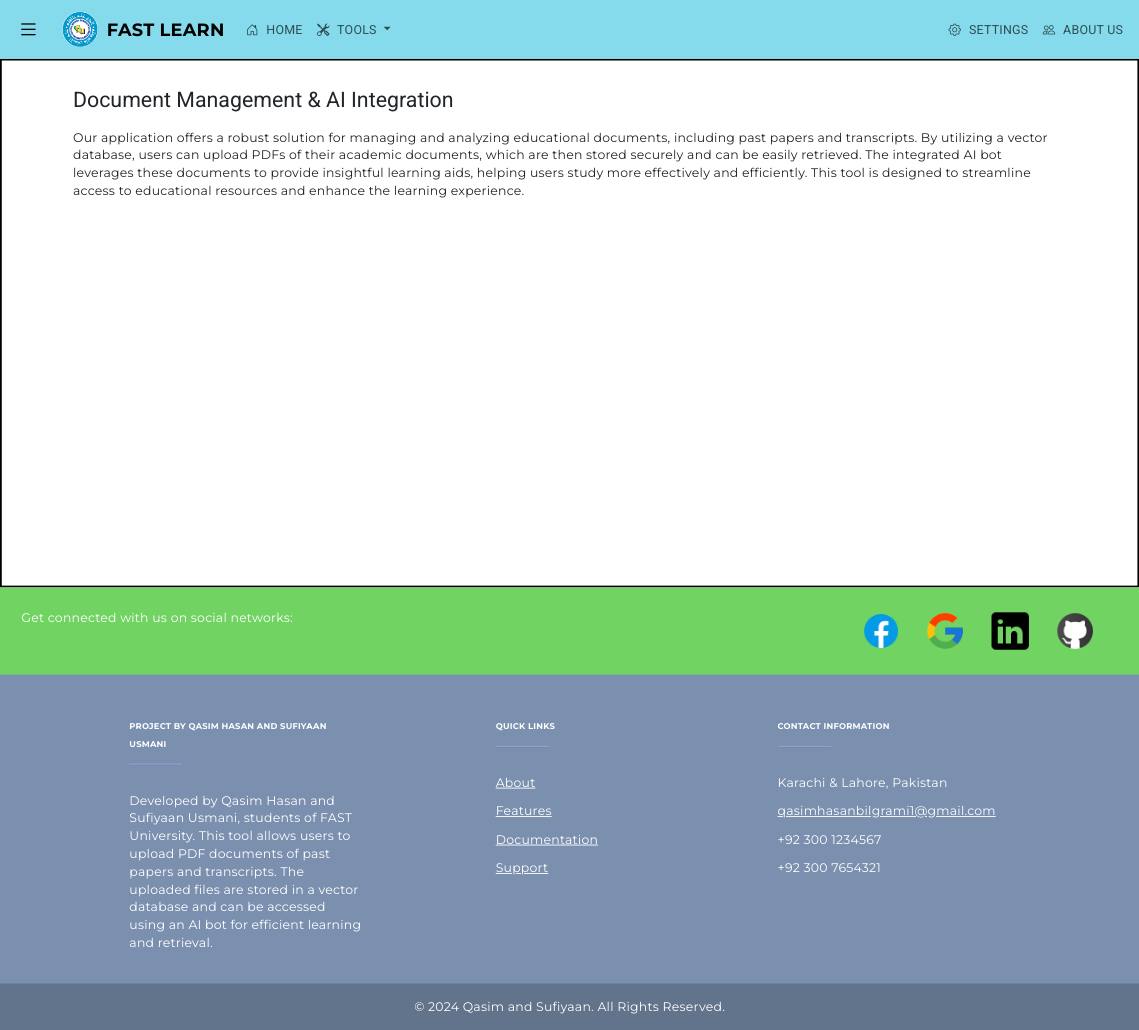
Repository: fastlearn-e0c9858e10ed/Frontend
Page: / (app in fastlearn/)
The author's editor kept a copy of each file at every save. The page is drawn from the files as they stood at one save, then again after the next save.
The browser window is 1280 px wide. The pictures show the whole page, at 89% of full size.
The project was rebuilt for these pictures with package versions that can differ from the ones it lists, and the page was loaded fresh each time. Also part of the build but not shown: fastlearn/angular.json.

Above is the page before, as saved 2024-08-19 10:41:30.

### fastlearn/src/index.html
<!DOCTYPE html>
<html lang="en">
  <head>
    <meta charset="utf-8" />
    <title>Fastlearn</title>
    <base href="/" />
    <meta name="viewport" content="width=device-width, initial-scale=1" />
    <link rel="icon" type="image/x-icon" href="favicon.ico" />
    <link rel="preconnect" href="https://fonts.gstatic.com" />
    <link
      href="https://fonts.googleapis.com/css2?family=Roboto:wght@300;400;500&display=swap"
      rel="stylesheet"
    />
    <link
      href="https://fonts.googleapis.com/icon?family=Material+Icons"
      rel="stylesheet"
    />
    <link
      href="https://fonts.googleapis.com/css2?family=Montserrat:wght@400;700&display=swap"
      rel="stylesheet"
    />
    <!-- Bootstrap Icons CSS -->
    <link
      rel="stylesheet"
      href="https://cdnjs.cloudflare.com/ajax/libs/bootstrap-icons/1.10.0/font/bootstrap-icons.min.css"
    />
    <!-- Bootstrap 5 CSS -->
    <link
      href="https://cdnjs.cloudflare.com/ajax/libs/bootstrap/5.3.0/css/bootstrap.min.css"
      rel="stylesheet"
    />
    <!-- Popper.js (required for some Bootstrap 5 components) -->
    <script src="https://cdnjs.cloudflare.com/ajax/libs/popper.js/2.11.6/umd/popper.min.js"></script>

    <!-- Bootstrap 5 JavaScript -->
    <script src="https://cdnjs.cloudflare.com/ajax/libs/bootstrap/5.3.0/js/bootstrap.bundle.min.js"></script>
  </head>
  <body class="mat-typography">
    <app-root></app-root>
  </body>
</html>

### fastlearn/src/styles.css
/* You can add global styles to this file, and also import other style files */

html, body { height: 100%; }
body { margin: 0; font-family: Roboto, "Helvetica Neue", sans-serif; }

@import "~bootstrap-icons/font/bootstrap-icons.css";
@import url('https://fonts.googleapis.com/css2?family=Montserrat:wght@400;700&display=swap');

### fastlearn/src/app/app.module.ts
import { NgModule } from '@angular/core';
import { BrowserModule } from '@angular/platform-browser';

import { AppRoutingModule } from './app-routing.module';
import { AppComponent } from './app.component';
import { BrowserAnimationsModule } from '@angular/platform-browser/animations';
import { HeaderPageComponent } from './components/header-page/header-page.component';
import { FooterPageComponent } from './components/footer-page/footer-page.component';
import { HomePageComponent } from './components/home-page/home-page.component';

import { MatMenuModule } from '@angular/material/menu';
@NgModule({
  declarations: [
    AppComponent,
    HeaderPageComponent,
    FooterPageComponent,
    HomePageComponent
  ],
  imports: [
    BrowserModule,
    AppRoutingModule,
    BrowserAnimationsModule,
    MatMenuModule
  ],
  providers: [],
  bootstrap: [AppComponent]
})
export class AppModule { }

### fastlearn/src/app/app-routing.module.ts
import { NgModule } from '@angular/core';
import { RouterModule, Routes } from '@angular/router';
import { HomePageComponent } from './components/home-page/home-page.component';

const routes: Routes = [
  { path: '', redirectTo: '/homepage', pathMatch: 'full' },
  { path: 'homepage', component: HomePageComponent },
];

@NgModule({
  imports: [RouterModule.forRoot(routes)],
  exports: [RouterModule]
})
export class AppRoutingModule { }

### fastlearn/src/app/app.component.ts
import { Component } from '@angular/core';

@Component({
  selector: 'app-root',
  templateUrl: './app.component.html',
  styleUrls: ['./app.component.css']
})
export class AppComponent {
  title = 'fastlearn';
}

### fastlearn/src/app/components/header-page/header-page.component.ts
import { Component } from '@angular/core';

@Component({
  selector: 'app-header-page',
  templateUrl: './header-page.component.html',
  styleUrls: ['./header-page.component.css']
})
export class HeaderPageComponent {

}

### fastlearn/src/app/components/footer-page/footer-page.component.ts
import { Component } from '@angular/core';

@Component({
  selector: 'app-footer-page',
  templateUrl: './footer-page.component.html',
  styleUrls: ['./footer-page.component.css']
})
export class FooterPageComponent {

}

### fastlearn/src/app/app.component.html
<app-header-page></app-header-page>

<main class="content">
  <router-outlet></router-outlet> <!-- This is where your routed components will be displayed -->
</main>

<app-footer-page class="footer"></app-footer-page>

### fastlearn/src/app/app.component.css
main.content {
  flex: 1; /* Take up remaining space */
  overflow-y: auto; /* Enable scrolling if content exceeds viewport */
  padding: 20px; /* Adjust as needed */
  border: 2px solid black; /* Example border */
  box-sizing: border-box; /* Include padding and border in width/height */
}

.footer {
  background-color: #1c2331;
  color: white;
  width: 100%;
  height: 60px; /* Fixed height */
  margin-top: auto; /* Push the footer to the bottom */
}

:host {
  display: flex;
  flex-direction: column;
  min-height: 100vh; /* Ensure full viewport height */
  margin: 0;
}

### fastlearn/src/app/components/header-page/header-page.component.html
<nav class="navbar navbar-expand-lg navbar-light" style="background-color: #85dbeb;">
  <a class="navbar-brand ml-2 d-flex align-items-center" href="#">
    <!-- Drawer Icon -->
    <i class="bi bi-list navbar-icon mr-2" style="font-size: 24px; cursor: pointer;" onclick="toggleDrawer()"></i>

    <!-- Fast Learn Icon and Text -->
    <img src="../../../assets/header_icons/fast.png" alt="Custom Icon" class="navbar-icon mr-2">
    FAST LEARN
  </a>

  <!-- Toggler for mobile view -->
  <button class="navbar-toggler" type="button" data-bs-toggle="collapse" data-bs-target="#navbarNav" aria-controls="navbarNav" aria-expanded="false" aria-label="Toggle navigation">
    <span class="navbar-toggler-icon"></span>
  </button>

  <!-- Navbar content -->
  <div class="collapse navbar-collapse" id="navbarNav">
    <ul class="navbar-nav mr-auto">
      <li class="nav-item active">
        <a class="nav-link" routerLink="/homepage">
          <i class="bi bi-house-door"></i> HOME
        </a>
      </li>

      <li class="nav-item dropdown">
        <a class="nav-link dropdown-toggle" href="#" id="navbarDropdown" role="button" data-bs-toggle="dropdown" aria-expanded="false">
          <i class="bi bi-tools"></i> TOOLS
        </a>
        <ul class="dropdown-menu" aria-labelledby="navbarDropdown">
          <li><a class="dropdown-item" routerLink="/toolpage/notespage">Notes</a></li>
          <li><a class="dropdown-item" routerLink="/toolpage/pastpaperpage">Past Paper</a></li>
        </ul>
      </li>
    </ul>
    <div class="ml-auto d-flex align-items-center">
      <ul class="navbar-nav">
        <li class="nav-item">
          <a class="nav-link" routerLink="/settingpage">
            <i class="bi bi-gear"></i> SETTINGS
          </a>
        </li>
        <li class="nav-item">
          <a class="nav-link" routerLink="/settingpage">
            <i class="bi bi-people"></i> ABOUT US
          </a>
        </li>
      </ul>
    </div>
  </div>
</nav>

### fastlearn/src/app/components/header-page/header-page.component.css
/* Include Montserrat font */
@import url('https://fonts.googleapis.com/css2?family=Montserrat:wght@400;700&display=swap');

/* Navbar styling */
.navbar {
  color: #0ec3e7; /* Light blue background color */
}

/* Navbar brand styling */
.navbar-brand {
  margin-left: 20px; /* Space from the left edge */
  font-weight: bold; /* Make the brand name bold */
  font-family: 'Montserrat', sans-serif; /* Apply Montserrat font */

}

/* Align elements to the right and add spacing */
.ml-auto {
  margin-left: auto; /* Push elements to the right */
  margin-right: 10px; /* Space from the right edge */
}

/* Flex styling for inline forms */
.form-inline {
  display: flex; /* Use flexbox layout */
  align-items: center; /* Center align items vertically */
}

/* Margin adjustments for form controls */
.form-control {
  margin-right: 5px; /* Space between form controls */
}

/* Space between icon and text in nav links */
.navbar .nav-link i {
  margin-right: 5px; /* Space between icon and text */

}

/* Ensure dropdown menu appears correctly */
.navbar-nav .dropdown-menu {
  right: 0; /* Align dropdown to the right */
  left: auto; /* Override left alignment */
}



/* Navbar icon styling */
.navbar-icon {
  width: 40px; /* Adjust the size as needed */
  height: auto; /* Maintain aspect ratio */
  margin-right: 10px;
  border-radius: 25px;
}

/* Optional: Add additional styling */
.navbar-brand {
  display: flex;
  align-items: center;
  font-family: 'Montserrat', sans-serif; /* Ensure Montserrat is applied */
}

### fastlearn/src/app/components/footer-page/footer-page.component.html
<footer class="footer">
  <!-- Section: Social media -->
  <section class="d-flex justify-content-between p-4 social-media-section">
    <!-- Left -->
    <div class="me-5">
      <span>Get connected with us on social networks:</span>
    </div>
    <!-- Right -->
    <div>
      <a href="https://www.facebook.com/" class="text-white me-4" target="_blank" rel="noopener">
        <img src="../../../assets/footer_icons/facebook-icon.png" alt="Facebook">
      </a>

      <a href="https://www.google.com/" class="text-white me-4" target="_blank" rel="noopener">
        <img src="../../../assets/footer_icons/google-icon.png" alt="Google">
      </a>
      <a href="https://www.linkedin.com/" class="text-white me-4" target="_blank" rel="noopener">
        <img src="../../../assets/footer_icons/linkedin-icon.png" alt="LinkedIn">
      </a>
      <a href="https://github.com/" class="text-white me-4" target="_blank" rel="noopener">
        <img src="../../../assets/footer_icons/github-icon.png" alt="GitHub">
      </a>
    </div>
  </section>

  <!-- Section: Links  -->
  <section class="links-section">
    <div class="container text-center text-md-start mt-5">
      <!-- Grid row -->
      <div class="row mt-3">
        <!-- Grid column -->
        <div class="col-md-3 col-lg-4 col-xl-3 mx-auto mb-4">
          <!-- Content -->
          <h6 class="text-uppercase fw-bold">Project by Qasim Hasan and Sufiyaan Usmani</h6>
          <hr class="mb-4 mt-0 d-inline-block mx-auto" />
          <p>
            Developed by Qasim Hasan and Sufiyaan Usmani, students of FAST University. This tool allows users to upload PDF documents of past papers and transcripts. The uploaded files are stored in a vector database and can be accessed using an AI bot for efficient learning and retrieval.
          </p>

        </div>
        <!-- Grid column -->

        <!-- Grid column -->
        <div class="col-md-2 col-lg-2 col-xl-2 mx-auto mb-4">
          <!-- Links -->
          <h6 class="text-uppercase fw-bold">Quick Links</h6>
          <hr class="mb-4 mt-0 d-inline-block mx-auto" />
          <p>
            <a href="#!" class="text-white">About</a>
          </p>
          <p>
            <a href="#!" class="text-white">Features</a>
          </p>
          <p>
            <a href="#!" class="text-white">Documentation</a>
          </p>
          <p>
            <a href="#!" class="text-white">Support</a>
          </p>
        </div>
        <!-- Grid column -->

        <!-- Grid column -->

        <!-- Grid column -->
        <div class="col-md-4 col-lg-3 col-xl-3 mx-auto mb-md-0 mb-4">
          <!-- Contact Information -->
          <h6 class="text-uppercase fw-bold">Contact Information</h6>
          <hr class="mb-4 mt-0 d-inline-block mx-auto" />
          <p><i class="fas fa-home mr-3"></i> Karachi & Lahore, Pakistan</p>
          <p><i class="fas fa-envelope mr-3"></i> <a href="mailto:qasimhasanbilgrami1@gmail.com" class="text-white">qasimhasanbilgrami1&#64;gmail.com</a></p>
          <p><i class="fas fa-phone mr-3"></i> +92 300 1234567</p>
          <p><i class="fas fa-print mr-3"></i> +92 300 7654321</p>
        </div>
        <!-- Grid column -->
      </div>
      <!-- Grid row -->
    </div>
  </section>
  <!-- Section: Links  -->

  <!-- Copyright -->
  <div class="text-center p-3 copyright-section">
    © 2024 Qasim and Sufiyaan. All Rights Reserved.
  </div>
  <!-- Copyright -->
</footer>

### fastlearn/src/app/components/footer-page/footer-page.component.css
/* Import Montserrat font */
@import url('https://fonts.googleapis.com/css2?family=Montserrat:wght@400;700&display=swap');

/* Footer styling */
.footer {
  background-color: #7b90af; /* Dark background color */
  color: white; /* Text color */
  width: 100%; /* Full width */
  left: 0; /* Align to the left edge */
  bottom: 0; /* Align to the bottom edge */
  font-family: 'Montserrat', sans-serif; /* Apply Montserrat font */
}

/* Social media section styling */
.social-media-section {
  background-color: #70d362; /* Green background color */
}

.social-media-section .text-white {
  margin-right: 1rem; /* Space between social media icons */
}

/* Links section styling */
.links-section .text-uppercase {
  font-weight: bold; /* Bold text */
  font-family: 'Montserrat', sans-serif; /* Apply Montserrat font */
}

.links-section hr {
  width: 60px; /* Line width */
  background-color: #7c4dff; /* Purple line color */
  height: 2px; /* Line height */
}

/* Copyright section styling */
.copyright-section {
  background-color: rgba(0, 0, 0, 0.2); /* Semi-transparent black background */
  font-family: 'Montserrat', sans-serif; /* Apply Montserrat font */
}

### fastlearn/src/app/components/home-page/home-page.component.html
<!-- Container for text -->
<div class="container my-2">
  <h1>Document Management & AI Integration</h1>
  <p>
    Our application offers a robust solution for managing and analyzing educational documents, including past papers and transcripts.
    By utilizing a vector database, users can upload PDFs of their academic documents, which are then stored securely and can be easily
    retrieved. The integrated AI bot leverages these documents to provide insightful learning aids, helping users study more effectively
    and efficiently. This tool is designed to streamline access to educational resources and enhance the learning experience.
  </p>
</div>

### fastlearn/src/app/components/home-page/home-page.component.css
.container{
  font-family: 'Montserrat', sans-serif; /* Apply Montserrat font */
}

Loaded but not shown: fastlearn/src/main.ts (common file); fastlearn/src/app/components/home-page/home-page.component.ts (common file)

After the next save:
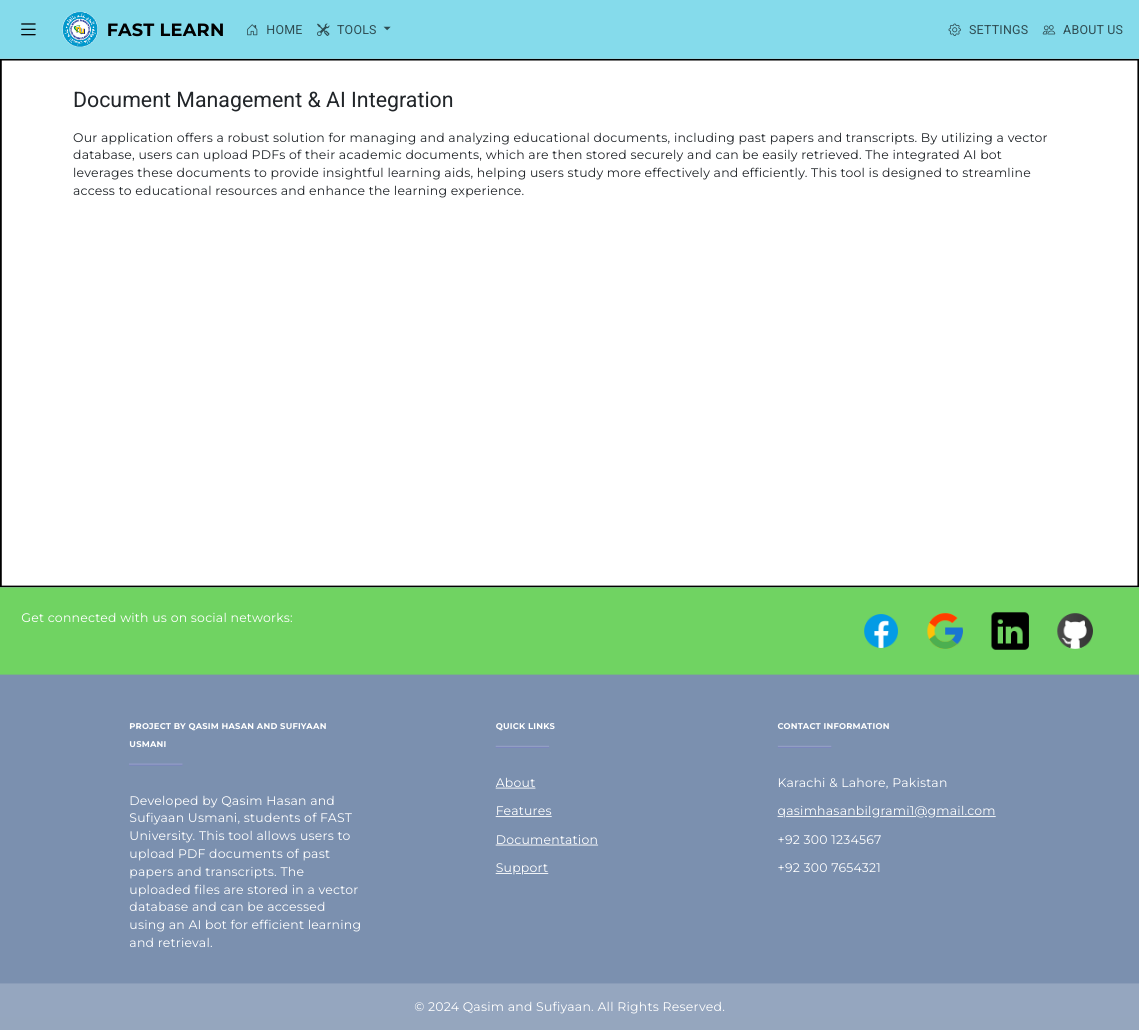
Saved 12 s later.
--- a/fastlearn/src/app/components/footer-page/footer-page.component.css
+++ b/fastlearn/src/app/components/footer-page/footer-page.component.css
@@ -34,6 +34,6 @@
 
 /* Copyright section styling */
 .copyright-section {
-  background-color: rgba(0, 0, 0, 0.2); /* Semi-transparent black background */
+  background-color: rgba(255, 252, 252, 0.2); /* Semi-transparent black background */
   font-family: 'Montserrat', sans-serif; /* Apply Montserrat font */
 }

After the save that followed:
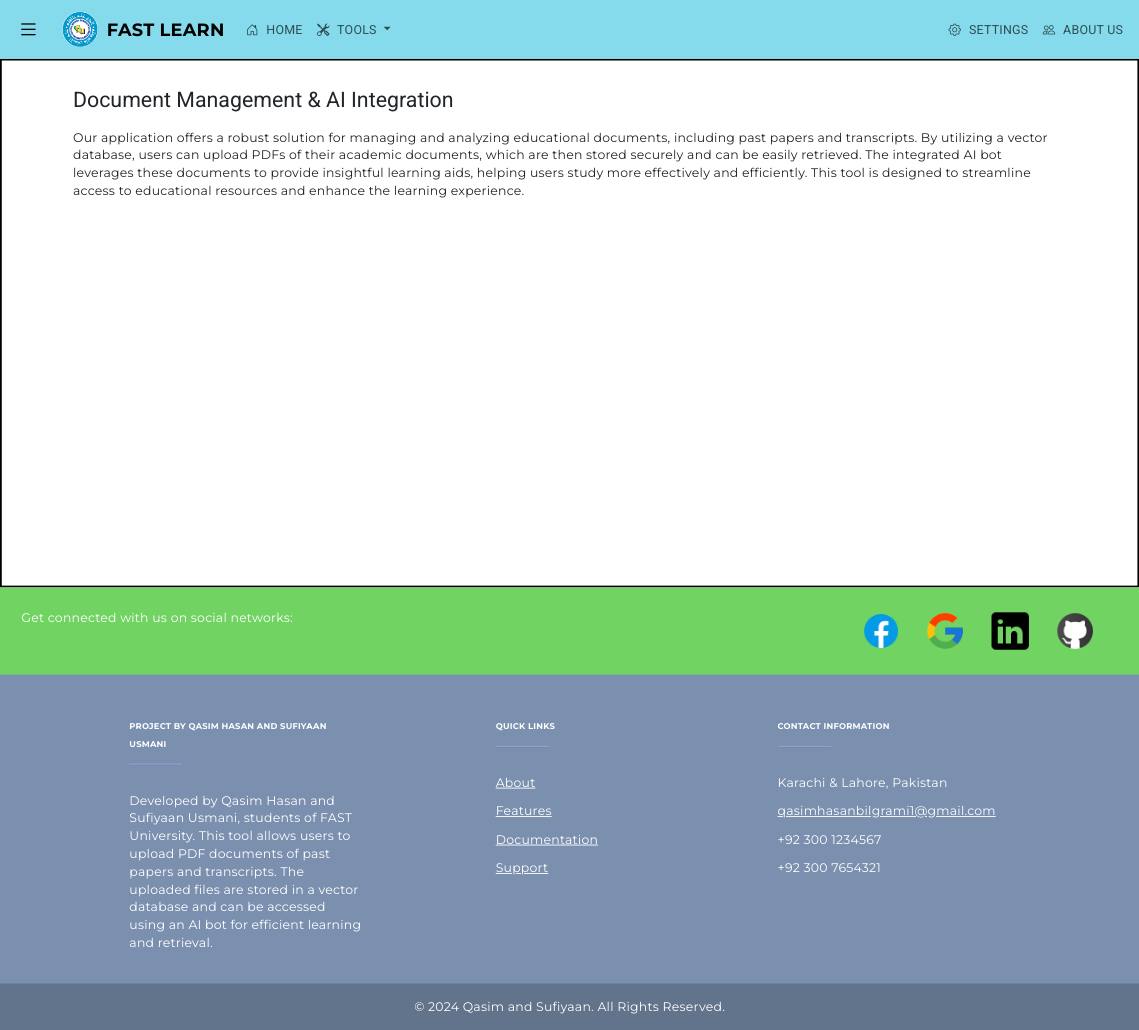
Saved 18 s later.
--- a/fastlearn/src/app/components/footer-page/footer-page.component.css
+++ b/fastlearn/src/app/components/footer-page/footer-page.component.css
@@ -34,6 +34,6 @@
 
 /* Copyright section styling */
 .copyright-section {
-  background-color: rgba(255, 252, 252, 0.2); /* Semi-transparent black background */
+  background-color: rgba(0, 0, 0, 0.2); /* Semi-transparent black background */
   font-family: 'Montserrat', sans-serif; /* Apply Montserrat font */
 }
